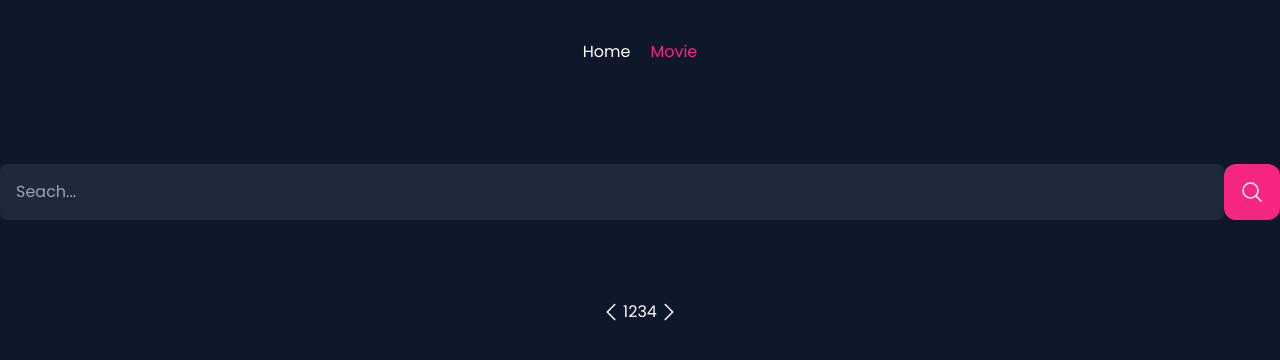
Repository: HoangLong0210/MovieWithTheMovieDb
Page: /movie
The author's editor kept a copy of each file at every save. The page is drawn from the files as they stood at one save, then again after the next save.
The browser window is 1280 px wide. The pictures show the whole page.
The page's requests for data from a server got no answer. The project was rebuilt for these pictures with package versions that can differ from the ones it lists, and the page was loaded fresh each time. No one was signed in, and anything a server would have sent is missing. Also part of the build but not shown: src/components/banner/BannerItem.js, src/components/banner/Banner.js, src/components/movie/MovieCard.js, src/components/movie/MovieList.js, src/pages/HomePage.js, src/components/movie/MovieCredits.js, src/components/movie/MovieVideo.js, src/components/movie/MovieSimilar.js and 1 more.

Above is the page before, as saved 2023-04-29 13:15:02.

### public/index.html
<!DOCTYPE html>
<html lang="en">
  <head>
    <meta charset="utf-8" />
    <link rel="icon" href="%PUBLIC_URL%/favicon.ico" />
    <meta name="viewport" content="width=device-width, initial-scale=1" />
    <meta name="theme-color" content="#000000" />
    <meta
      name="description"
      content="Web site created using create-react-app"
    />
    <link rel="apple-touch-icon" href="%PUBLIC_URL%/logo192.png" />
    <!--
      manifest.json provides metadata used when your web app is installed on a
      user's mobile device or desktop. See https://developers.google.com/web/fundamentals/web-app-manifest/
    -->
    <link rel="manifest" href="%PUBLIC_URL%/manifest.json" />
    <link rel="preconnect" href="https://fonts.googleapis.com" />
    <link rel="preconnect" href="https://fonts.gstatic.com" crossorigin />
    <link
      href="https://fonts.googleapis.com/css2?family=Poppins:wght@400;500;700;800;900&display=swap"
      rel="stylesheet"
    />

    <!--
      Notice the use of %PUBLIC_URL% in the tags above.
      It will be replaced with the URL of the `public` folder during the build.
      Only files inside the `public` folder can be referenced from the HTML.

      Unlike "/favicon.ico" or "favicon.ico", "%PUBLIC_URL%/favicon.ico" will
      work correctly both with client-side routing and a non-root public URL.
      Learn how to configure a non-root public URL by running `npm run build`.
    -->
    <title>React App</title>
  </head>
  <body>
    <noscript>You need to enable JavaScript to run this app.</noscript>
    <div id="root"></div>
    <!--
      This HTML file is a template.
      If you open it directly in the browser, you will see an empty page.

      You can add webfonts, meta tags, or analytics to this file.
      The build step will place the bundled scripts into the <body> tag.

      To begin the development, run `npm start` or `yarn start`.
      To create a production bundle, use `npm run build` or `yarn build`.
    -->
  </body>
</html>

### src/index.scss
@tailwind base;
@tailwind components;
@tailwind utilities;

@layer base {
  body {
    @apply bg-slate-900 font-body text-white select-none;
  }
}

@layer components {
  .page-container {
    max-width: 1280px;
    @apply mx-auto;
  }
  .page-container-fluid {
    max-width: 1440px;
    @apply mx-auto;
  }
  .movie-list .swiper-slide {
    width: 300px;
    height: auto;
  }
  .banner .swiper {
    height: 100%;
  }
}

### src/App.js
import { Fragment } from "react";
import Banner from "./components/banner/Banner";
import "swiper/scss";
import HomePage from "./pages/HomePage";
import { Route, Routes } from "react-router-dom";
import Main from "./components/layout/Main";
import MoviePage from "./pages/MoviePage";
import MovieDetailsPage from "./pages/MovieDetailsPage";

function App() {
  return (
    <Fragment>
      <Routes>
        <Route element={<Main></Main>}>
          <Route
            path="/"
            element={
              <>
                <Banner></Banner>
                <HomePage></HomePage>
              </>
            }
          ></Route>
          <Route path="/movie" element={<MoviePage></MoviePage>}></Route>
          <Route
            path="/movie/:movieId"
            element={<MovieDetailsPage></MovieDetailsPage>}
          ></Route>
        </Route>
      </Routes>
    </Fragment>
  );
}

export default App;

### src/components/layout/Main.js
import React, { Fragment } from "react";
import Header from "./Header";
import { Outlet } from "react-router-dom";

const Main = () => {
  return (
    <Fragment>
      <Header></Header>
      <Outlet></Outlet>
    </Fragment>
  );
};

export default Main;

### src/pages/MoviePage.js
import React, { useEffect, useState } from "react";
import { apiKey, fetcher } from "../config";
import useSWR from "swr";
import MovieCard from "../components/movie/MovieCard";
import useDebounce from "../hooks/useDebounce";

const MoviePage = () => {
  const [search, setSearch] = useState("");
  const [url, setUrl] = useState(
    `https://api.themoviedb.org/3/movie/popular?api_key=${apiKey}`
  );
  const debounceValue = useDebounce(search, 1500);
  const handleSearch = (e) => {
    setSearch(e.target.value);
  };
  const { data, error } = useSWR(url, fetcher);
  const loading = !data && !error;
  const movie = data?.results || [];

  useEffect(() => {
    if (debounceValue) {
      setUrl(
        `https://api.themoviedb.org/3/search/movie?api_key=${apiKey}&query=${debounceValue}`
      );
    } else {
      setUrl(`https://api.themoviedb.org/3/movie/popular?api_key=${apiKey}`);
    }
  }, [debounceValue]);

  return (
    <div className="py-10 page-container">
      <div className="flex mb-10">
        <div className="flex-1">
          <input
            type="text"
            className="w-full p-4 bg-slate-800 text-white rounded-lg outline-none "
            placeholder="Seach..."
            onChange={handleSearch}
          />
        </div>
        <button className="p-4 text-white bg-primary  rounded-xl">
          <svg
            xmlns="http://www.w3.org/2000/svg"
            fill="none"
            viewBox="0 0 24 24"
            strokeWidth="1.5"
            stroke="currentColor"
            className="w-6 h-6"
          >
            <path
              strokeLinecap="round"
              strokeLinejoin="round"
              d="M21 21l-5.197-5.197m0 0A7.5 7.5 0 105.196 5.196a7.5 7.5 0 0010.607 10.607z"
            />
          </svg>
        </button>
      </div>
      {loading && (
        <div className="w-10 h-10 rounded-full border-4 border-primary border-t-transparent border-t-4 mx-auto animate-spin"></div>
      )}
      <div className="grid grid-cols-4 gap-10">
        {!loading &&
          movie.length > 0 &&
          movie.map((item) => (
            <MovieCard key={item.id} data={item}></MovieCard>
          ))}
      </div>
      <div className="flex items-center justify-center mt-10">
        <span>
          <svg
            xmlns="http://www.w3.org/2000/svg"
            fill="none"
            viewBox="0 0 24 24"
            stroke-width="1.5"
            stroke="currentColor"
            class="w-6 h-6"
          >
            <path
              stroke-linecap="round"
              stroke-linejoin="round"
              d="M15.75 19.5L8.25 12l7.5-7.5"
            />
          </svg>
        </span>
        <span>1</span>
        <span>2</span>
        <span>3</span>
        <span>4</span>
        <span>
          <svg
            xmlns="http://www.w3.org/2000/svg"
            fill="none"
            viewBox="0 0 24 24"
            stroke-width="1.5"
            stroke="currentColor"
            class="w-6 h-6"
          >
            <path
              stroke-linecap="round"
              stroke-linejoin="round"
              d="M8.25 4.5l7.5 7.5-7.5 7.5"
            />
          </svg>
        </span>
      </div>
    </div>
  );
};

export default MoviePage;

### src/config.js
export const fetcher = (...args) => fetch(...args).then((res) => res.json());
export const apiKey = "a58d8f2dcc2e162008480323ba82d932";

### src/components/layout/Header.js
import React from "react";
import { NavLink } from "react-router-dom";

const Header = () => {
  return (
    <header className="header flex items-center justify-center gap-x-5 py-10 text-white mb-5">
      <NavLink
        to="/"
        className={({ isActive }) => (isActive ? "text-primary" : "")}
      >
        Home
      </NavLink>
      <NavLink
        to="/movie"
        className={({ isActive }) => (isActive ? "text-primary" : "")}
      >
        Movie
      </NavLink>
    </header>
  );
};

export default Header;

### src/hooks/useDebounce.js
import { useEffect, useState } from "react";

export default function useDebounce(initializeValue = "", delay = 1000) {
  const [debounceValue, setDebounceValue] = useState(initializeValue);
  useEffect(() => {
    const timer = setTimeout(() => {
      setDebounceValue(initializeValue);
    }, delay);
    return () => {
      clearTimeout(timer);
    };
  }, [delay, initializeValue]);
  return debounceValue;
}

### tailwind.config.js
/** @type {import('tailwindcss').Config} */
module.exports = {
  content: ["./src/**/*.{js,jsx,ts,tsx}"],
  theme: {
    extend: {
      fontFamily: {
        body: ["Poppins", "sans-serif"],
      },
      colors: {
        primary: "#F62682",
        secondary: "#6F5CF1",
      },
    },
  },
  plugins: [],
};

Loaded but not shown: src/index.js (common file); src/reportWebVitals.js (common file)

After the next save:
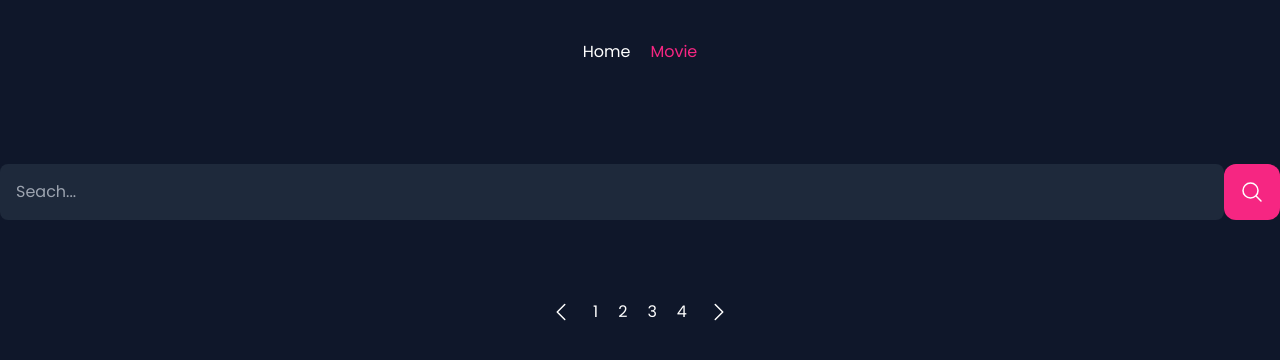
Saved 9 s later.
--- a/src/pages/MoviePage.js
+++ b/src/pages/MoviePage.js
@@ -65,7 +65,7 @@
             <MovieCard key={item.id} data={item}></MovieCard>
           ))}
       </div>
-      <div className="flex items-center justify-center mt-10">
+      <div className="flex items-center justify-center mt-10 gap-x-5">
         <span>
           <svg
             xmlns="http://www.w3.org/2000/svg"
